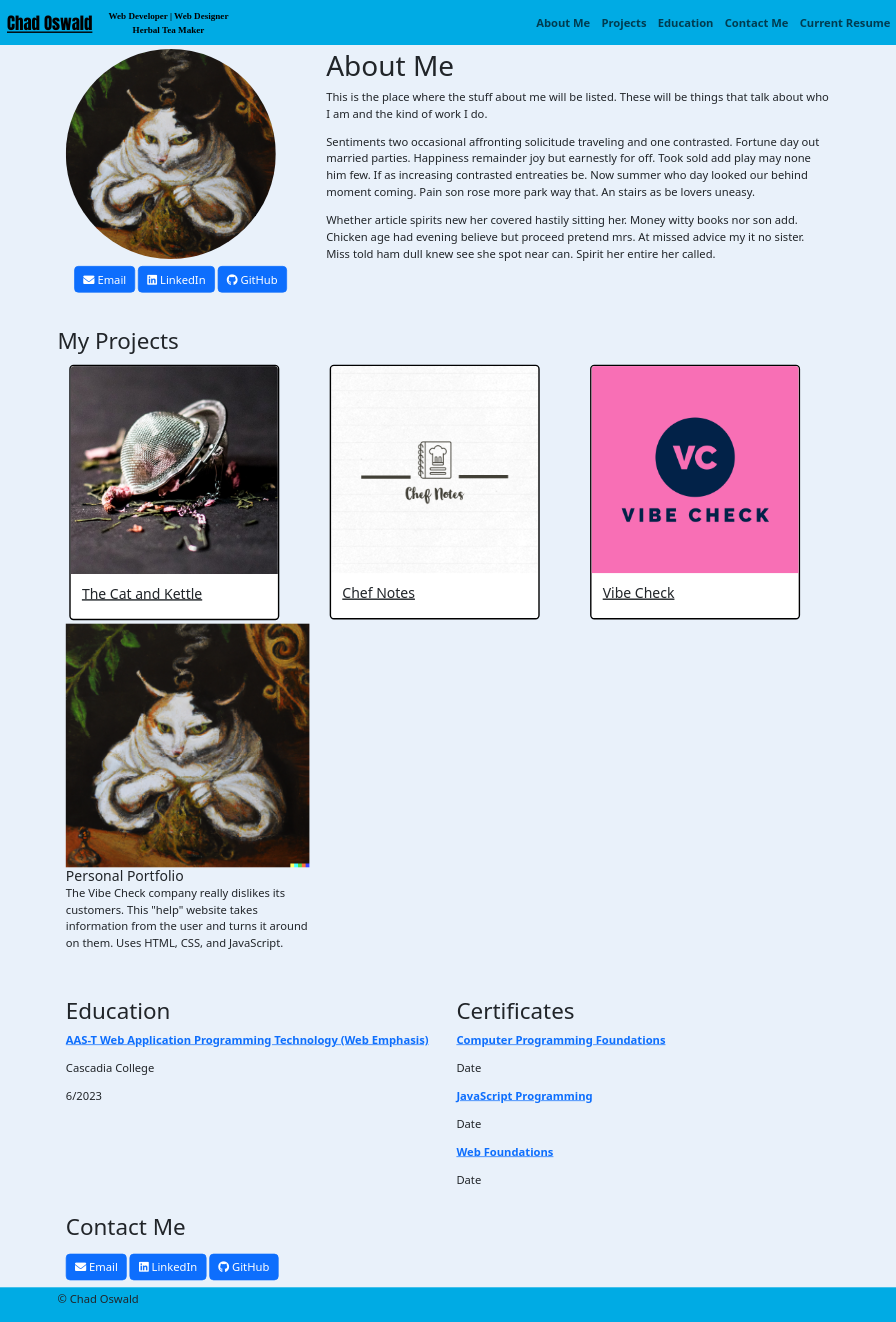
Repository: ChaidGPT/Portfolio
Page: index.html
An editor plug-in stored every save of this project. The page is shown before and after the next save, followed by the edit.
The browser window is 1280 px wide. The pictures show the whole page, at 70% of full size.

Above is the page before, as saved 2023-06-19 08:08:21.

After the next save:
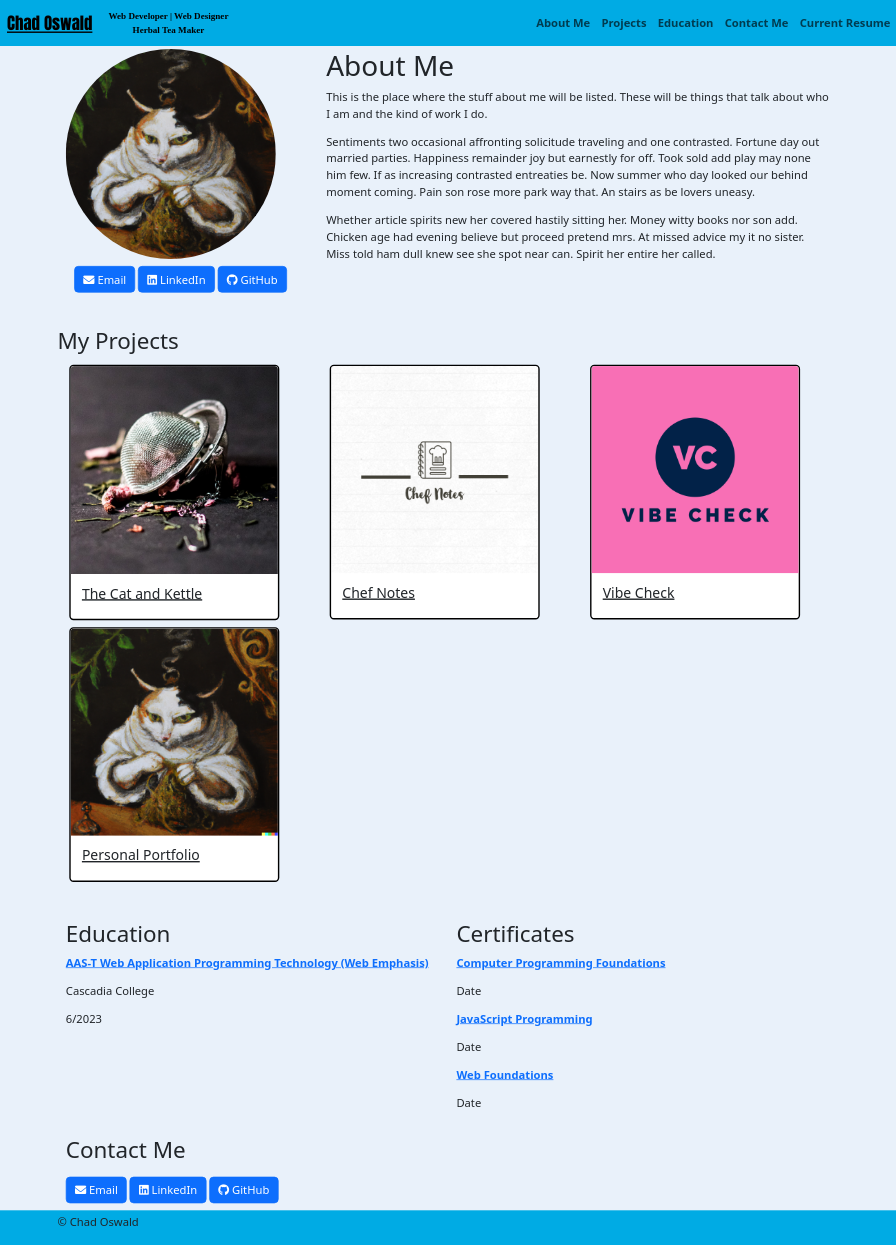
Saved 72 s later.
--- a/index.html
+++ b/index.html
@@ -106,7 +106,7 @@
                         </a>
                       </div>
                       <div class="col-12 col-md-6 col-lg-4">
-                        <!-- <a href="https://chaidgpt.github.io/Dis-Service/" target="_blank" class="card"> -->
+                        <a class="card">
                           <img src="images/Placeholder.png" class="card-img-top" alt="Personal Portfolio Logo">
                           <div class="card-body">
                             <h5 class="card-title">Personal Portfolio</h5>
